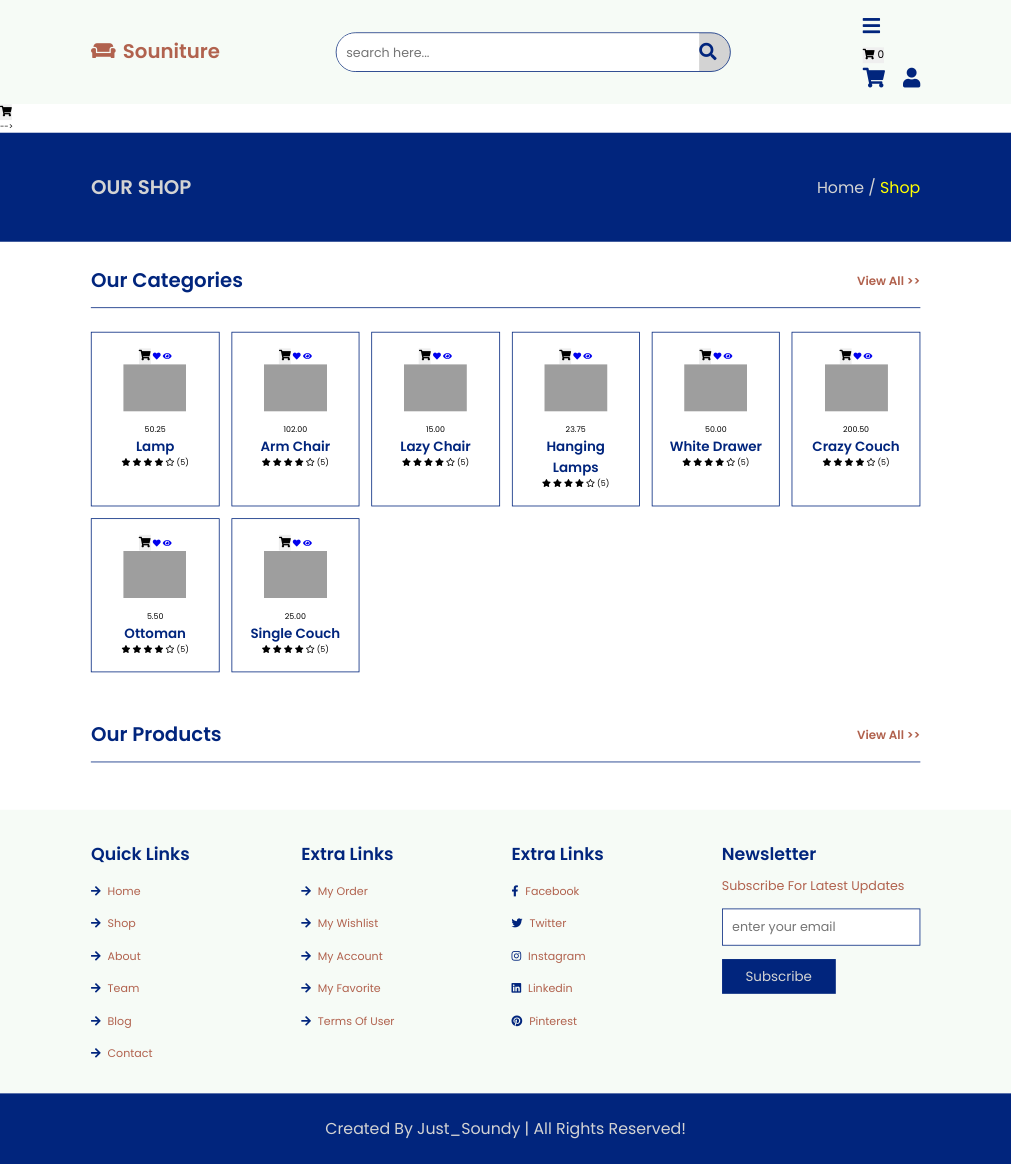
Repository: spencersoundy/furniture-store
Page: shop.html
An editor plug-in stored every save of this project. The page is shown before and after the next save, followed by the edit.
The browser window is 1280 px wide. The pictures show the whole page, at 79% of full size.
Pictures or frames that could not be fetched are drawn as grey boxes.

Above is the page before, as saved 2023-05-02 15:50:23.
Console error: TypeError: Cannot read properties of null (reading 'addEventListener')

After the next save:
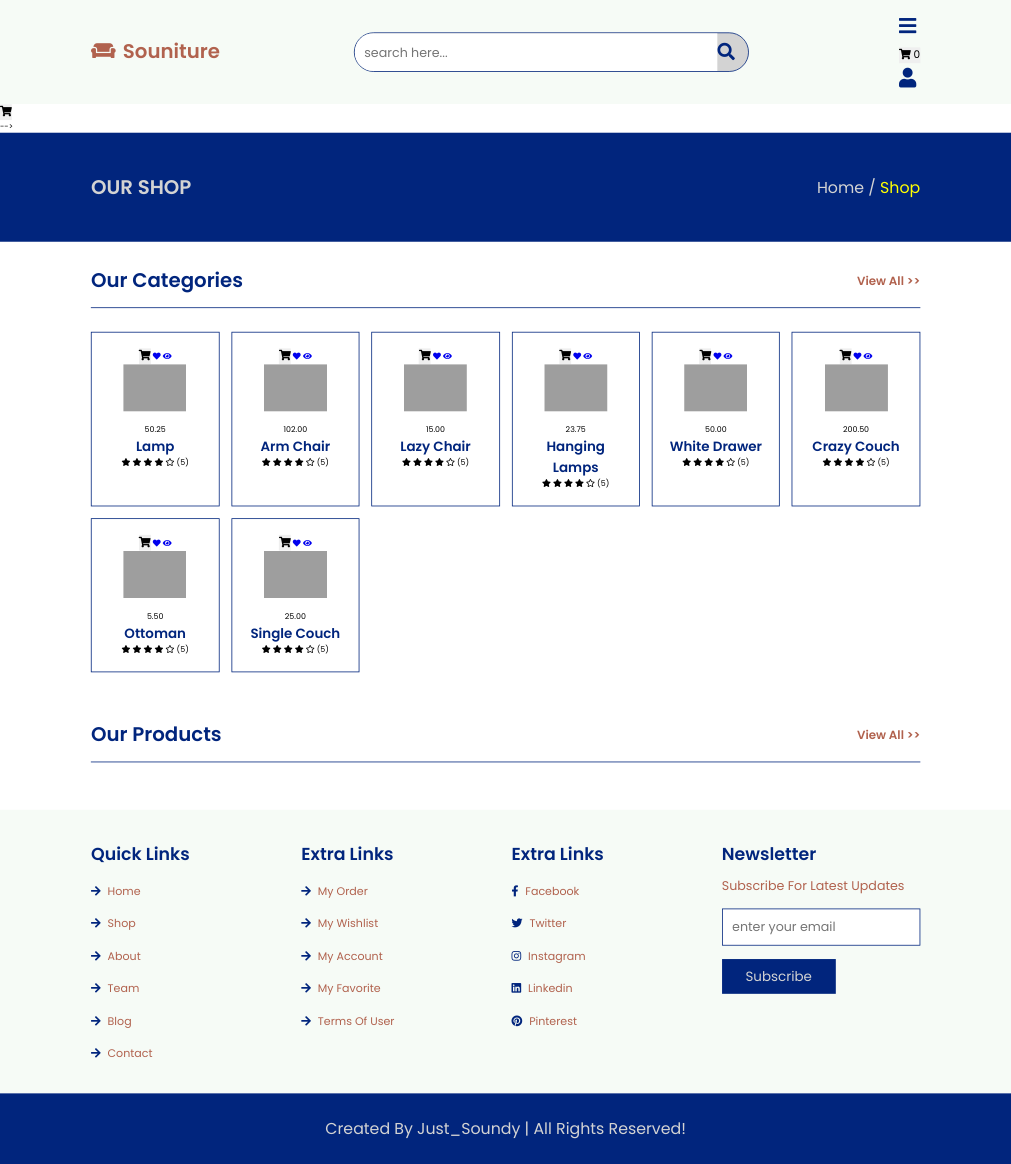
Saved 10 s later.
--- a/shop.html
+++ b/shop.html
@@ -34,7 +34,7 @@
               <i class = "fas fa-shopping-cart"></i>
               <span id = "cart-count-info"></span>
             </button></div>
-        <div id="cart-btn" class="fas fa-shopping-cart"></div>
+
         <div id="login-btn" class="fas fa-user"></div>
     </div>
 
